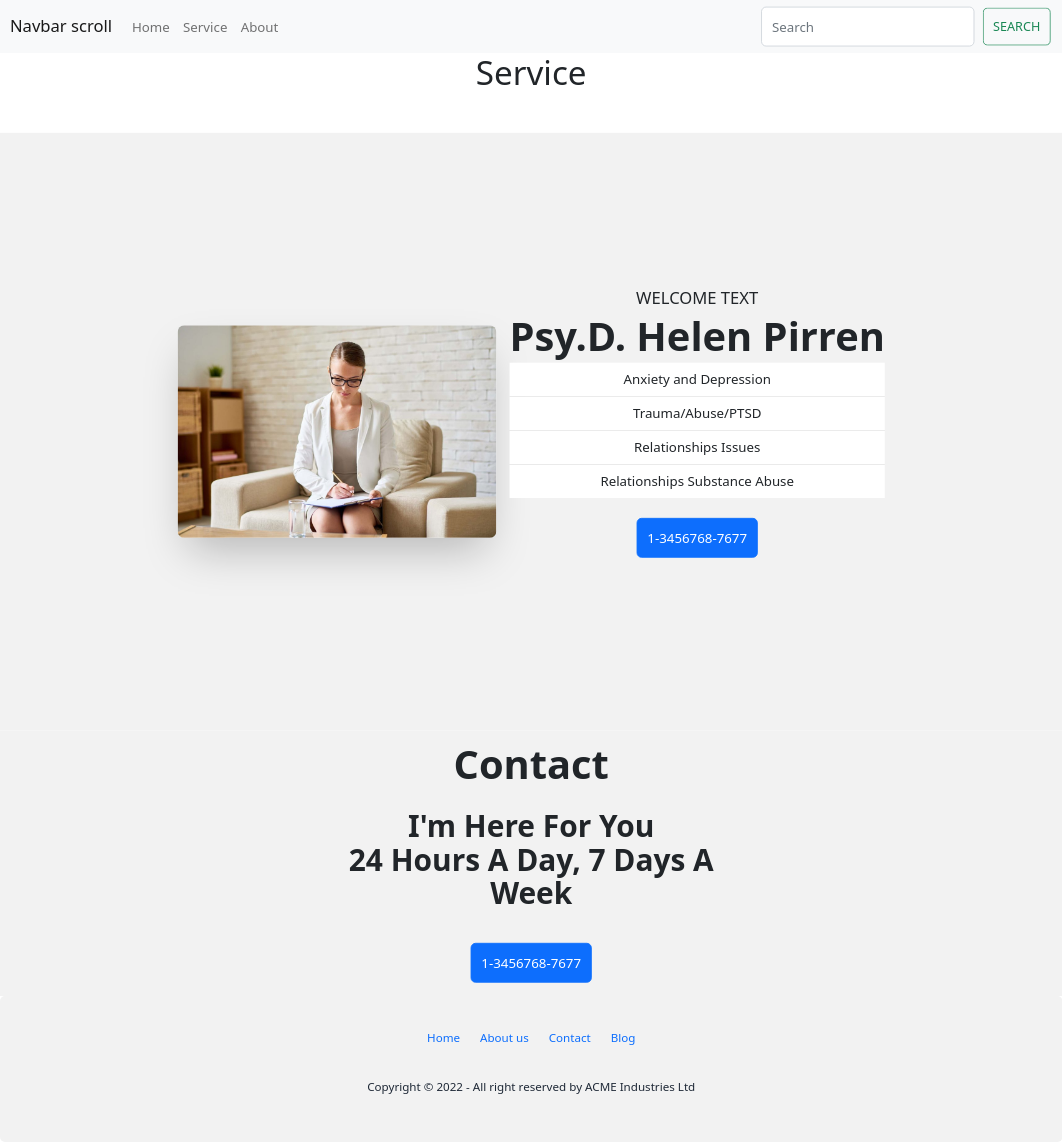
Repository: mdsajib50/service-review-client
Page: /
The author's editor kept a copy of each file at every save. The page is drawn from the files as they stood at one save, then again after the next save.
The browser window is 1280 px wide. The pictures show the whole page, at 83% of full size.
The page's requests for data from a server got no answer. The project was rebuilt for these pictures with package versions that can differ from the ones it lists, and the page was loaded fresh each time. No one was signed in, and anything a server would have sent is missing. Also part of the build but not shown: src/Pages/Home/Services/ServiceCard.js.

Above is the page before, as saved 2022-12-25 13:00:19.

After the next save:
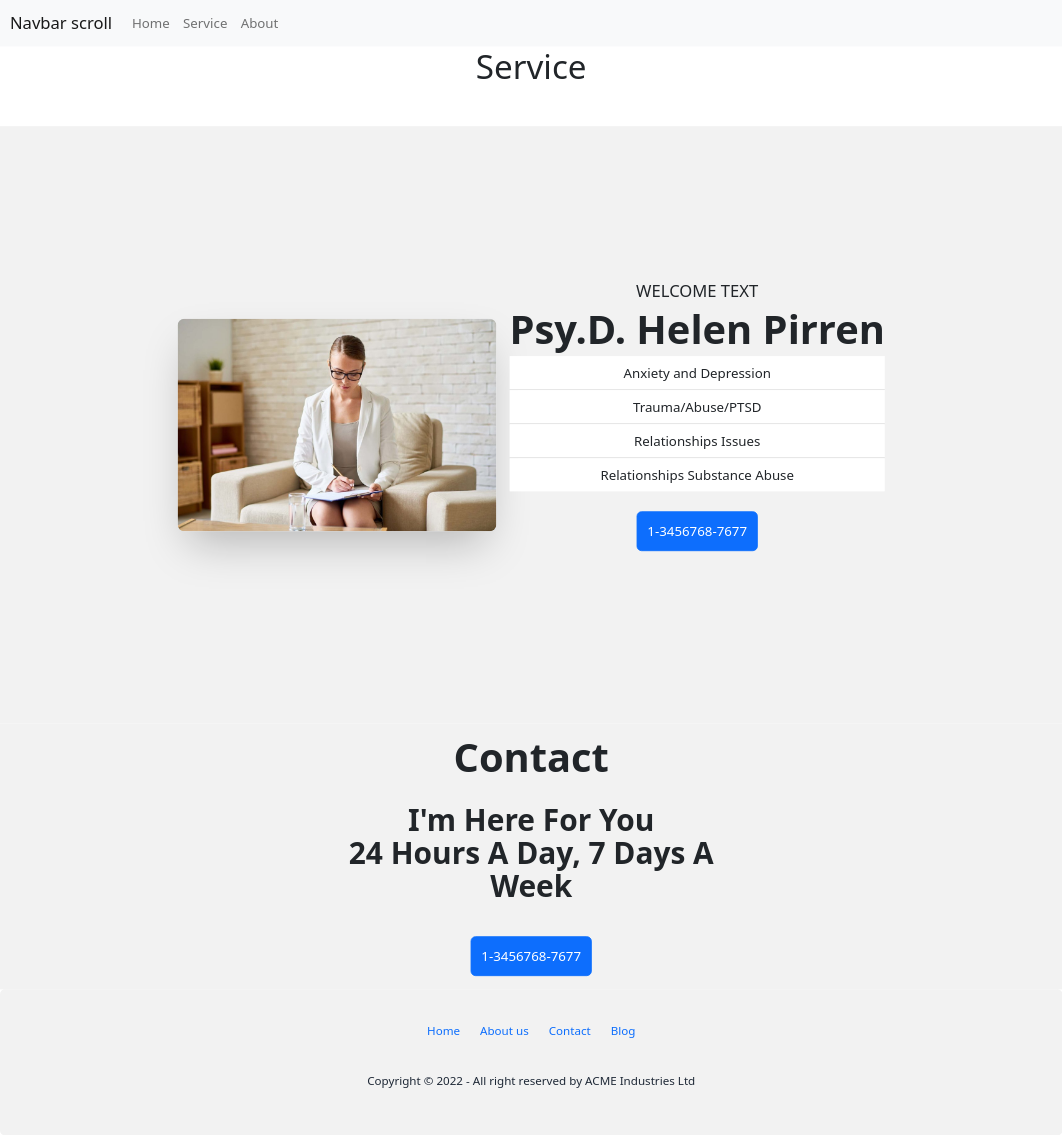
Saved 11 s later.
--- a/src/Pages/Shared/Header/Header.js
+++ b/src/Pages/Shared/Header/Header.js
@@ -26,15 +26,7 @@ const Header = () => {
                       About
                     </Nav.Link>
                   </Nav>
-                  <Form className="d-flex">
-                    <Form.Control
-                      type="search"
-                      placeholder="Search"
-                      className="me-2"
-                      aria-label="Search"
-                    />
-                    <Button variant="outline-success">Search</Button>
-                  </Form>
+
                 </Navbar.Collapse>
               </Container>
             </Navbar>
